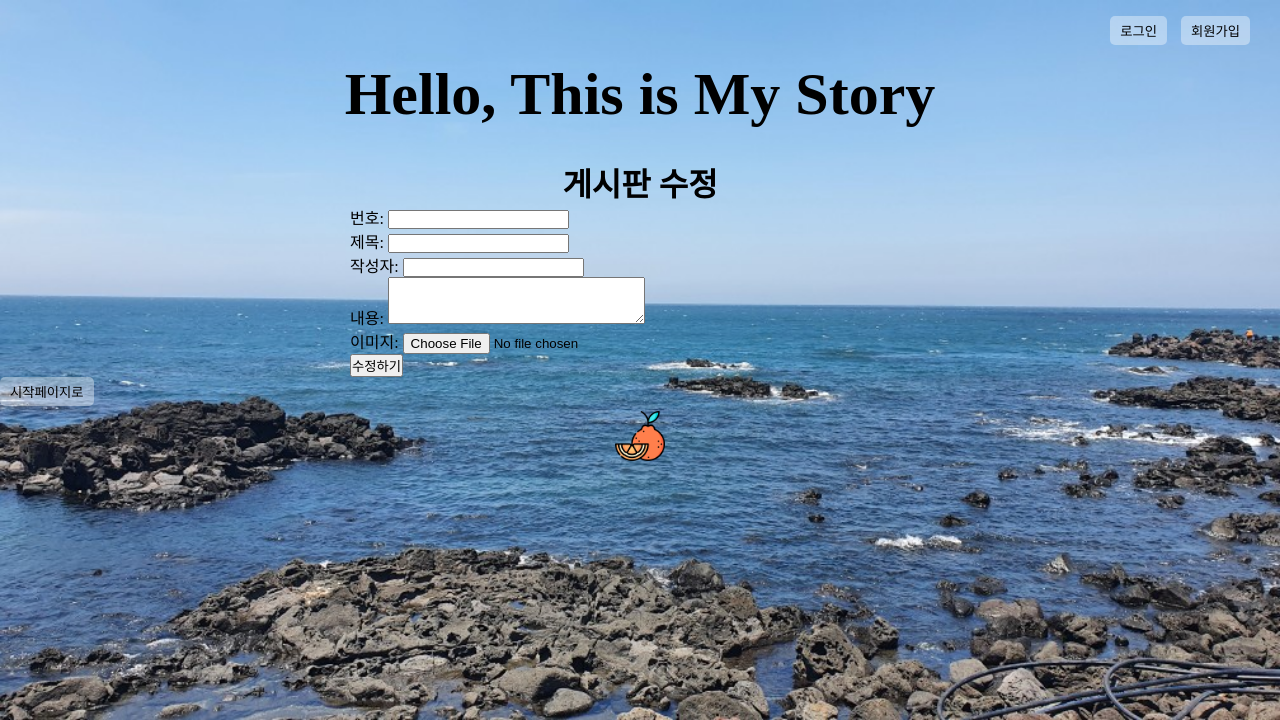
Repository: jeeniii/test2022_12_29
Page: http://localhost/portfolio/board/modify.jsp
The author's editor kept a copy of each file at every save. The page is drawn from the files as they stood at one save, then again after the next save.
The browser window is 1280 px wide. The pictures show the whole page.
The page is served by Tomcat 9. Other server files are loaded and not shown. The template is opened directly, without the code that normally fills it, so the values that code supplies are empty.

Above is the page before, as saved 2022-12-14 03:12:00.

### JSP_Portfolio/portfolio/src/main/webapp/board/modify.jsp
<%@ page language="java" contentType="text/html; charset=UTF-8"
    pageEncoding="UTF-8"%>
<!DOCTYPE html>
<html>
<head>
<meta charset="UTF-8">
<title>Insert title here</title>
<link rel="stylesheet" href="/resources/css/boardModify.css" type="text/css">
<%@ include file="/header.jsp" %>
</head>
<body>
<div class="container">
<h1>게시판 수정</h1>
	<form action="/brd/update" method="post" enctype="multipart/form-data">
		<div>
			<span>
				번호:
			</span>
		 <input type="text" name="bno" value="${bvo.bno }" readonly="readonly"> <br>
		</div>
		<div>
			<span>
				제목:
			</span>
		 <input type="text" name="title" value="${bvo.title }"> <br>
		</div>
		<div>
			<span>
				작성자:
			</span>
		 <input type="text" name="writer" value="${ses.nick_name }" readonly="readonly"> <br>
		</div>
		<div>
			<span>
				내용:
			</span>
		 <textarea rows="3" cols="30" name="content" >${bvo.content }</textarea>
		</div>
		<div>
			<span>
				이미지:
			</span>
			<input type="hidden" name="image_file" value="${bvo.image_file }">
			<input type="file" name="new_file" accept="image/png, image/jpg, img/jpeg, image/gif">
		</div>
		<button type="submit">수정하기</button>
	</form>
</div>
<a href="/"><button type="button">시작페이지로</button></a>
<%@ include file="/footer.jsp" %>
</body>
</html>

### JSP_Portfolio/portfolio/src/main/webapp/header.jsp
<%@ page language="java" contentType="text/html; charset=UTF-8"
    pageEncoding="UTF-8"%>
    <%@ taglib uri="http://java.sun.com/jsp/jstl/core" prefix="c" %>
<!DOCTYPE html>
<html>
<head>
<meta charset="UTF-8">

<link rel="stylesheet" href="/resources/css/header.css" type="text/css">
</head>
<body>
	<header>
		<div class="realHeader">
			<div class="headbar">
				<ul>

					<c:if test="${ses.id ne null }">
						<li>
							${ses.nick_name }님
						</li>
						<li>
							<a href="/mem/logout?id=${ses.id }"><button type="button">로그아웃</button></a>
						</li>
						<li>
							<a href="/mem/modify?id=${ses.id }"><button type="button">회원정보수정</button></a>
						</li>
					</c:if>

					<c:if test="${ses.id eq null }">
						<li>
							<a href="/mem/login"><button type="button">로그인</button></a>
						</li>
						<li>
							<a href="/mem/join"><button type="button"> 회원가입</button></a>
						</li>
					</c:if>
				</ul>
			</div>
		</div>
		<div class="topic">
			<h1>Hello, This is My Story</h1>
		</div>
	</header>
</body>
</html>

### JSP_Portfolio/portfolio/src/main/webapp/footer.jsp
<%@ page language="java" contentType="text/html; charset=UTF-8"
    pageEncoding="UTF-8"%>
    <%@ taglib uri="http://java.sun.com/jsp/jstl/core" prefix="c" %>
<!DOCTYPE html>
<html>
<head>
<meta charset="UTF-8">
<title>Insert title here</title>
<link rel="stylesheet" href="/resources/css/footer.css" type="text/css">
</head>
<body>
<footer>
		<a href="/" id="hanlabtn"><button type="button"><img src="/resources/한라봉.png" id="hanlabong"></button></a>
</footer>
</body>
</html>

### JSP_Portfolio/portfolio/src/main/webapp/resources/css/boardModify.css
@charset "UTF-8";
.container{
	width:580px;
	margin: 0 auto;
	padding: 0px;
	margin-top: 30px;
}
h1{
	text-align: center;
}
.bm_put{
	font-size:20px;
	display: inline-flex;
	width: 100%;
	padding: 10px 20px;
}
.bm_put>input{
	flex: 1 1 0%;
	border: 0px;
	padding: 5px 10px;
	border-radius: 5px;
	background-color: rgba(255, 255, 255, 0.503);
}

### JSP_Portfolio/portfolio/src/main/webapp/resources/css/header.css
@charset "UTF-8";
* {
    margin: 0;
    padding: 0;
    box-sizing: border-box;
}
body{
	width:100%;
	height:100%;
	background-image: url("/resources/제주 바다.jpg");
	background-repeat: no-repeat;
	background-size: cover;
}
.topic{
	text-align: center;
	font-size: 30px;
}
.realHeader{
	height: 60px;
}
.headbar{
	display: flex;
	align-items: center;
	float: right;
	padding: 0px 30px;
	height: 60px;
}
.headbar>ul{
    list-style-type: none;
}
.headbar>ul>li{
	display: inline;;
	margin-left: 10px;
	line-height: 30px;
	vertical-align: middle;
}
.headbar>ul>li>a{
	font-size: 20px;
	font-weight: 700px;
	color: black;
    text-decoration-line:none ;
}
button[type="button"]{
	border: 0px;
	padding: 5px 10px;
	border-radius: 5px;
	background-color: rgba(255, 255, 255, 0.377);
}

### JSP_Portfolio/portfolio/src/main/webapp/resources/css/footer.css
@charset "UTF-8";
#hanlabong{
    width: 50px;
    height: 50px;
}

#hanlabtn{
	background-color: transparent;
	border:none;
	cursor: pointer;
}
#hanlabtn button{
	background-color: transparent;
	border:none;
	cursor: pointer;

}
#hanlabtn:hover{
	transform:scale(1.5);
  	transition: transform .5s;
}
footer{
	width: 100%;
	display: flex;
	justify-content: center;
}

After the next save:
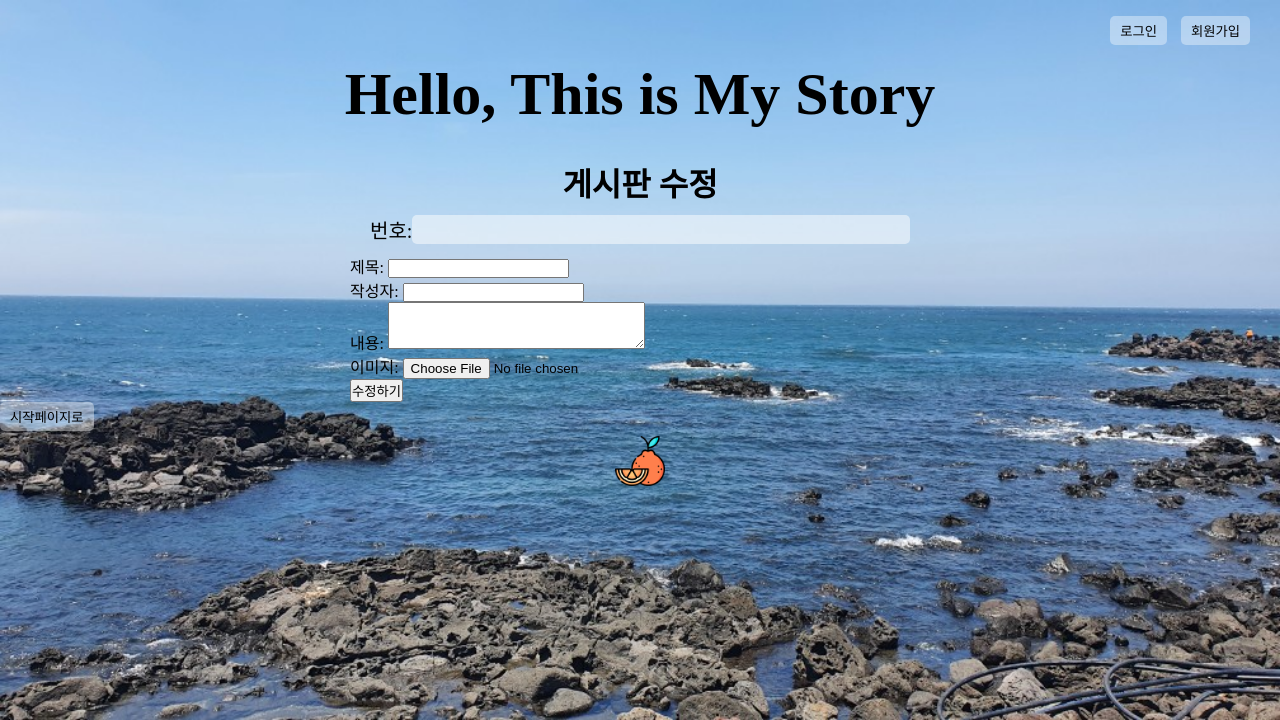
Saved 2 s later.
--- a/JSP_Portfolio/portfolio/src/main/webapp/board/modify.jsp
+++ b/JSP_Portfolio/portfolio/src/main/webapp/board/modify.jsp
@@ -12,7 +12,7 @@
 <div class="container">
 <h1>게시판 수정</h1>
 	<form action="/brd/update" method="post" enctype="multipart/form-data">
-		<div>
+		<div class="bm_put">
 			<span>
 				번호:
 			</span>
